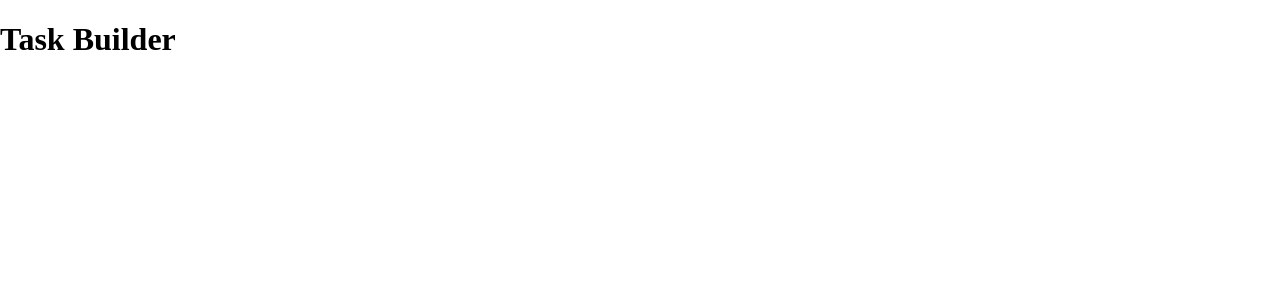
Repository: inno03/flask-test
Page: http://localhost/
These files come from the project's save history. The page is drawn as it stood at one moment and after a run of saves; the edit follows.
The browser window is 1280 px wide. The pictures show the whole page.
The page is served by the project's application, run on Flask 3 (app.py).

Above is the page before, as saved 2023-08-11 06:10:43.

### templates/index.html
 {% extends 'base.html' %}

{% block head %}

{% endblock %}

{% block body %}
<div class="content">
  <h1>Task Builder</h1>

  <table>
    <tr>


{% endblock %}

### templates/base.html
<!DOCTYPE html>
<html lang="en">
  <head>
    <meta charset="UTF-8" />
    <meta name="viewport" content="width=device-width, initial-scale=0">
    <meta http-equiv="X-UA-Compatible" content="IE=edge">
    <link rel="stylesheet" href="{{ url_for('static', filename='css/main.css') }}"
    {% block head %}{% endblock %}
    </head>
    <body>
      {% block body %}{% endblock %}
      </body>
      </html>

### app.py
from flask import Flask, render_template, url_for
from flask_sqlalchemy import SQLAlchemy
from datetime import datetime

app = Flask(__name__)
app.config['SQLALCHEMY_DATABASE_URI'] = 'sqlite:///test.db'
db = SQLAlchemy(app)


class Todo(db.Model):
    id = db.Column(db.Integer, primary_key=True)
    content = db.Column(db.String(200), nullable=False)
    date_created = db.Column(db.DateTime, default=datetime.utcnow)

    def __repr__(self):
        return '<Task %r>' % self.id

@app.route("/")
def index():
  return render_template('index.html')

if __name__ == "__main__":
  app.run(debug=True)

### static/css/main.css
body{
  margin: 0;
  font-family: ;
}

After the next 4 saves:
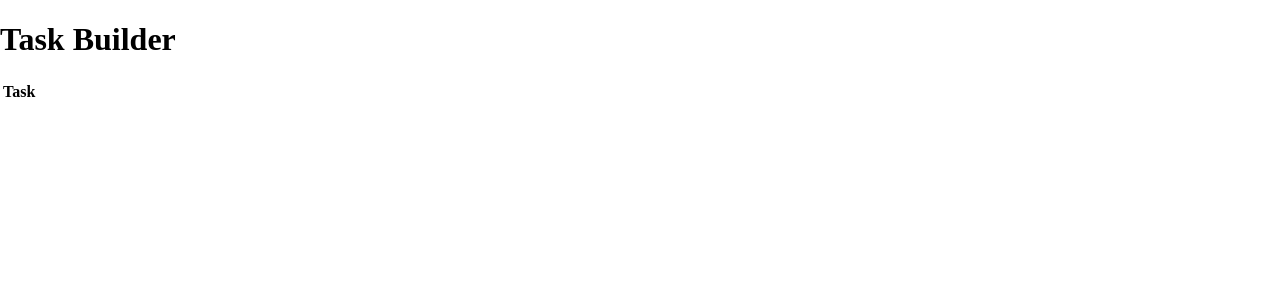
The 4 saves are shown as one change because they came seconds apart.
The last was saved 12 s later.
--- a/templates/index.html
+++ b/templates/index.html
@@ -10,6 +10,7 @@
 
   <table>
     <tr>
+      <th>Task</th>
 
 
 {% endblock %}
